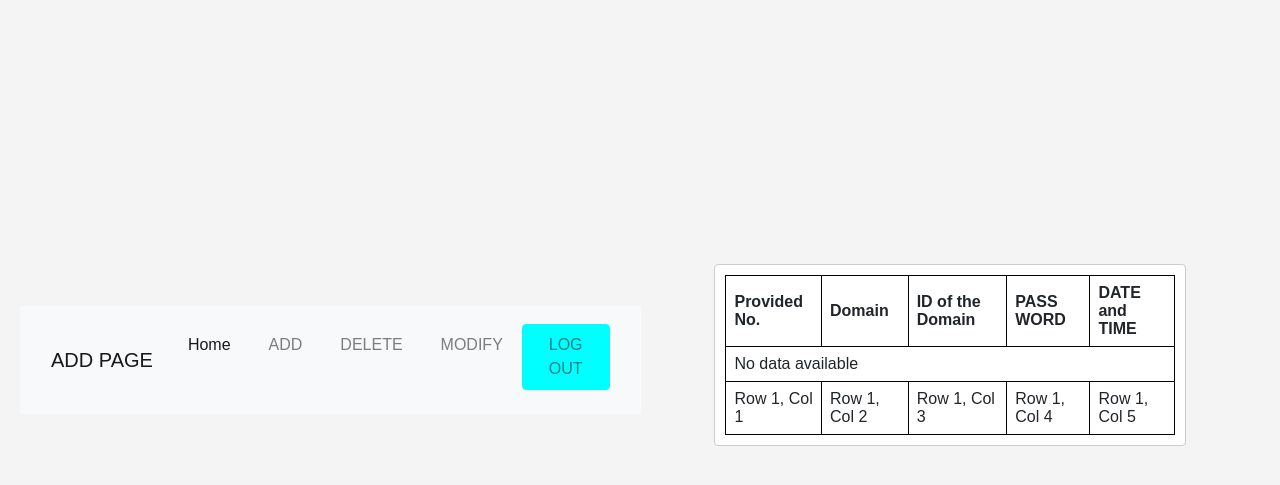
Repository: wizzy-abhishek/Projects
Page: http://localhost/Iam_Doing/Details_Action.jsp
An editor plug-in stored every save of this project. The page is shown before and after the next save, followed by the edit.
The browser window is 1280 px wide. The pictures show the whole page.
Some web libraries are served in a nearby version. The page is served by Tomcat 10. Nobody is signed in. The application's start-up code is not run.

Above is the page before, as saved 2024-06-28 15:17:10.

After the next save:
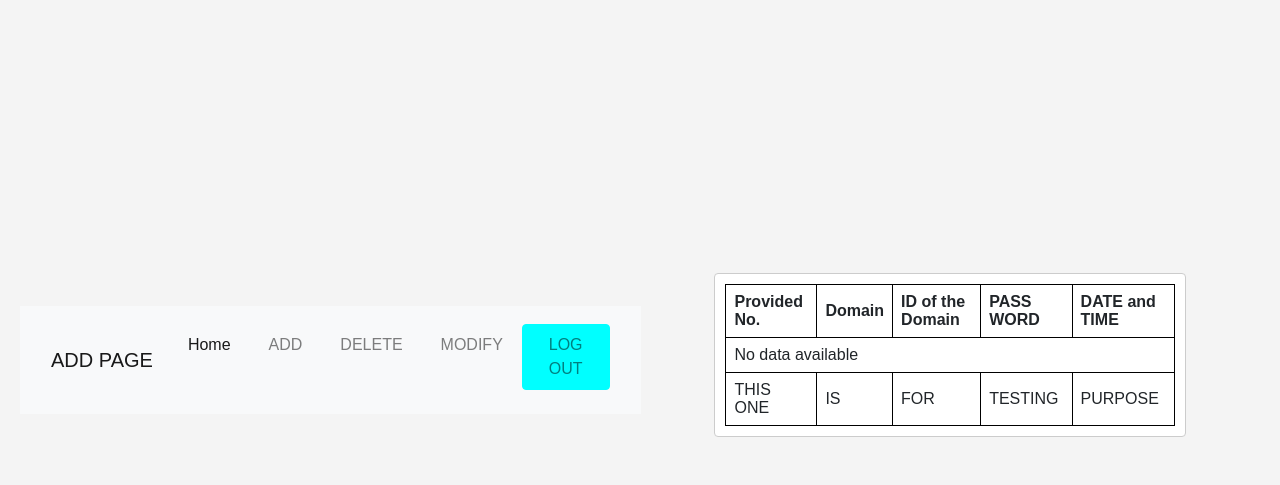
Saved 66 s later.
--- a/Iam_Doing/src/main/webapp/Details_Action.jsp
+++ b/Iam_Doing/src/main/webapp/Details_Action.jsp
@@ -173,7 +173,7 @@
 <script>
     // Sample data to demonstrate dynamic row addition
     const data = [
-        ["Row 1, Col 1", "Row 1, Col 2", "Row 1, Col 3", "Row 1, Col 4", "Row 1, Col 5"]
+        ["THIS ONE ", " IS ", "FOR ", " TESTING ", " PURPOSE "]
     ];
 
     const tableBody = document.getElementById('table-body');
